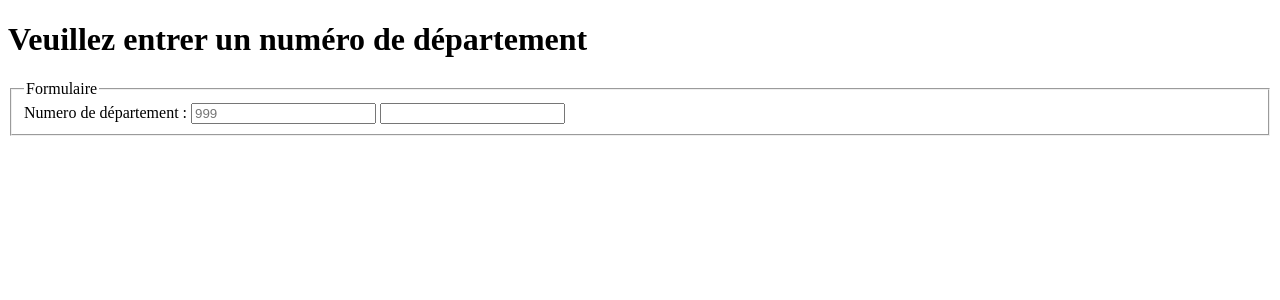
Repository: N4i4de/Proxibanque2
Page: TPJSPServletMVC/WebContent/index.html
The author's editor kept a copy of each file at every save. The page is drawn from the files as they stood at one save, then again after the next save.
The browser window is 1280 px wide. The pictures show the whole page.

Above is the page before, as saved 2018-03-30 08:16:15.

After the next save:
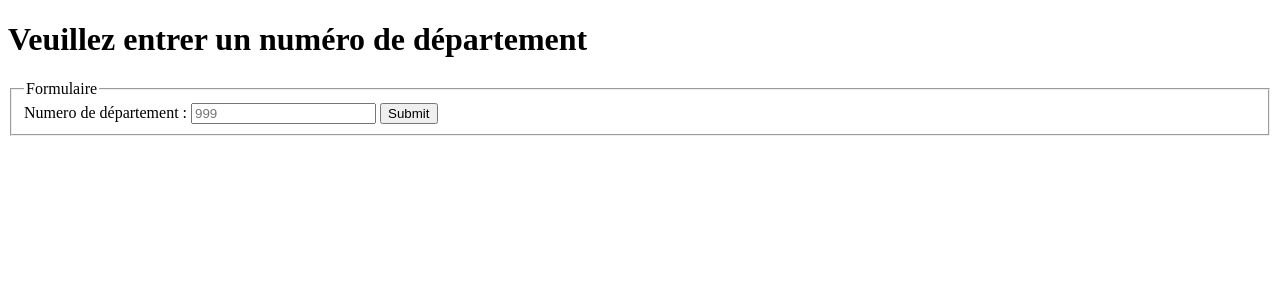
Saved 8 s later.
--- a/TPJSPServletMVC/WebContent/index.html
+++ b/TPJSPServletMVC/WebContent/index.html
@@ -11,7 +11,7 @@
 <legend>Formulaire</legend>
 <form action="ShowDept" method="get">
 Numero de département : <input type="text" name="deptNum" placeholder="999">
-<input type submit
+<input type="submit"
 </form>
 </fieldset>
 
